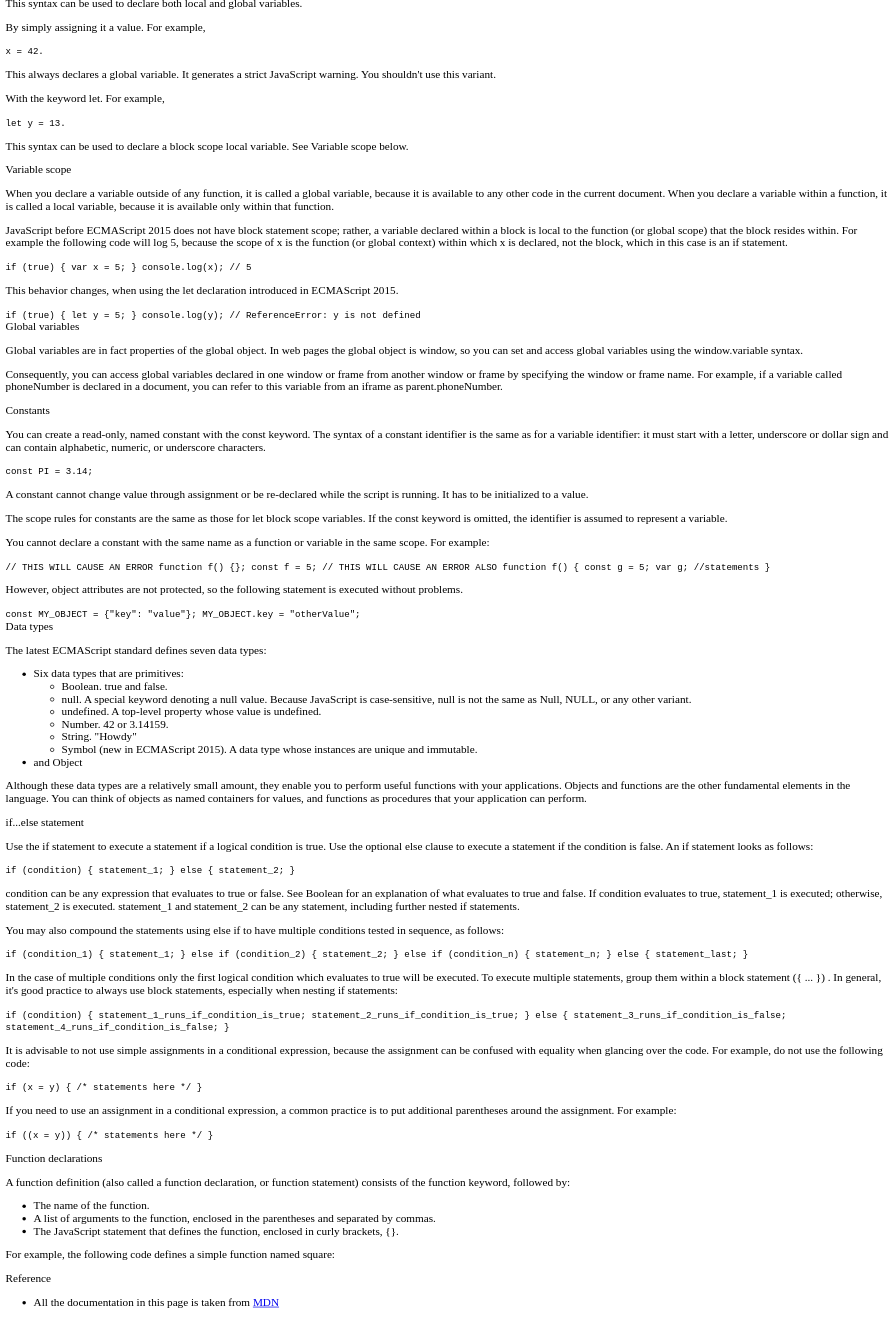
Repository: Lungdjos/technical_document_page_certificate
Page: index.html
The author's editor kept a copy of each file at every save. The page is drawn from the files as they stood at one save, then again after the next save.
The browser window is 1280 px wide. The pictures show the part of the page from y = 1304 to 3224 px (the page is 3190 px tall before and 3224 px after), at 70% of full size.

Above is the page before, as saved 2023-11-20 22:57:14.

### index.html
<!DOCTYPE html>
<html lang="en">

<head>
    <meta charset="UTF-8">
    <meta name="viewport" content="width=device-width, initial-scale=1.0">
    <title>Technical Document</title>
    <link rel="stylesheet" href="./styles.css">
</head>

<body>
    <nav id="nav-bar">
        <header></header>
        <ul>
            <li>
                <a href="#Introduction" class="navlink">Introduction</a>
            </li>
            <li>
                <a href="#What_you_should_already_know" class="navlink">What you should already know</a>
            </li>
            <li>
                <a href="#JavaScript_and_Java" class="navlink">JavaScript and Java</a>
            </li>
            <li>
                <a href="#Hello_world" class="navlink">Hello world</a>
            </li>
            <li>
                <a href="#Variables" class="navlink">Variables</a>
            </li>
            <li>
                <a href="#Declaring_variables" class="navlink">Declaring variables</a>
            </li>
            <li>
                <a href="#Variable_scope" class="navlink">Variable scope</a>
            </li>
            <li>
                <a href="#Global_variables" class="navlink">Global variables</a>
            </li>
            <li>
                <a href="#Constants" class="navlink">Constants</a>
            </li>
            <li>
                <a href="#Data_types" class="navlink">Data types</a>
            </li>
            <li>
                <a href="#if...else_statement" class="navlink">if...else statement</a>
            </li>
            <li>
                <a href="" class="navlink"></a>
            </li>
            <li>
                <a href="#Function_declarations" class="navlink">Function declarations</a>
            </li>
            <li>
                <a href="#Reference" class="navlink">Reference</a>
            </li>
        </ul>
    </nav>
    <main id="main-doc">
        <section class="main-section" id="Introduction">
            <header id="">Introduction</header>
            <p>JavaScript is a cross-platform, object-oriented scripting language. It is a small and lightweight language. Inside a host environment (for example, a web browser), JavaScript can be connected to the objects of its environment to provide programmatic
                control over them.</p>
            <p>JavaScript contains a standard library of objects, such as Array, Date, and Math, and a core set of language elements such as operators, control structures, and statements. Core JavaScript can be extended for a variety of purposes by supplementing
                it with additional objects; for example:
                <ul>
                    <li>Client-side JavaScript extends the core language by supplying objects to control a browser and its Document Object Model (DOM). For example, client-side extensions allow an application to place elements on an HTML form and respond
                        to user events such as mouse clicks, form input, and page navigation.</li>
                    <li>Server-side JavaScript extends the core language by supplying objects relevant to running JavaScript on a server. For example, server-side extensions allow an application to communicate with a database, provide continuity of information
                        from one invocation to another of the application, or perform file manipulations on a server.</li>
                </ul>
            </p>

        </section>
        <section class="main-section" id="What_you_should_already_know">
            <header id="">What you should already know</header>
            <p>This guide assumes you have the following basic background:
                <ul>
                    <li>A general understanding of the Internet and the World Wide Web (WWW).</li>
                    <li>Good working knowledge of HyperText Markup Language (HTML).</li>
                    <li>Some programming experience. If you are new to programming, try one of the tutorials linked on the main page about JavaScript.</li>
                </ul>
            </p>

        </section>
        <section class="main-section" id="JavaScript_and_Java">
            <header id="">JavaScript and Java</header>
            <p>JavaScript and Java are similar in some ways but fundamentally different in some others. The JavaScript language resembles Java but does not have Java's static typing and strong type checking. JavaScript follows most Java expression syntax,
                naming conventions and basic control-flow constructs which was the reason why it was renamed from LiveScript to JavaScript.</p>
            <p>In contrast to Java's compile-time system of classes built by declarations, JavaScript supports a runtime system based on a small number of data types representing numeric, Boolean, and string values. JavaScript has a prototype-based object
                model instead of the more common class-based object model. The prototype-based model provides dynamic inheritance; that is, what is inherited can vary for individual objects. JavaScript also supports functions without any special declarative
                requirements. Functions can be properties of objects, executing as loosely typed methods.</p>
            <p>JavaScript is a very free-form language compared to Java. You do not have to declare all variables, classes, and methods. You do not have to be concerned with whether methods are public, private, or protected, and you do not have to implement
                interfaces. Variables, parameters, and function return types are not explicitly typed.</p>
        </section>
        <section class="main-section" id="Hello_world">
            <header id="">Hello world</header>
            <p>
                To get started with writing JavaScript, open the Scratchpad and write your first "Hello world" JavaScript code:</p>
            <code>function greetMe(yourName) { alert("Hello " + yourName); }
                greetMe("World");</code>
            <p>Select the code in the pad and hit Ctrl+R to watch it unfold in your browser!</p>
        </section>
        <section class="main-section" id="Variables">
            <header id="">Variables</header>
            <p>You use variables as symbolic names for values in your application. The names of variables, called identifiers, conform to certain rules.</p>
            <p>A JavaScript identifier must start with a letter, underscore (_), or dollar sign ($); subsequent characters can also be digits (0-9). Because JavaScript is case sensitive, letters include the characters "A" through "Z" (uppercase) and the
                characters "a" through "z" (lowercase).</p>
            <p>You can use ISO 8859-1 or Unicode letters such as å and ü in identifiers. You can also use the Unicode escape sequences as characters in identifiers. Some examples of legal names are Number_hits, temp99, and _name.</p>
        </section>
        <section class="main-section" id="Declaring_variables">
            <header id="">Declaring variables</header>
            <p>You can declare a variable in three ways:</p>
            <p>With the keyword var. For example,</p>
            <code>var x = 42.</code>
            <p>This syntax can be used to declare both local and global variables.</p>
            <p>By simply assigning it a value. For example,</p>
            <code>x = 42.</code><br>
            <p>This always declares a global variable. It generates a strict JavaScript warning. You shouldn't use this variant.</p>
            <p>With the keyword let. For example,</p>
            <code>let y = 13.</code>
            <p>This syntax can be used to declare a block scope local variable. See Variable scope below.</p>
        </section>
        <section class="main-section" id="Variable_scope">
            <header id="">Variable scope</header>
            <p>When you declare a variable outside of any function, it is called a global variable, because it is available to any other code in the current document. When you declare a variable within a function, it is called a local variable, because it
                is available only within that function.</p>
            <p>JavaScript before ECMAScript 2015 does not have block statement scope; rather, a variable declared within a block is local to the function (or global scope) that the block resides within. For example the following code will log 5, because
                the scope of x is the function (or global context) within which x is declared, not the block, which in this case is an if statement.</p>
            <code>if (true) { var x = 5; } console.log(x); // 5</code>
            <p>This behavior changes, when using the let declaration introduced in ECMAScript 2015.</p>
            <code>if (true) { let y = 5; } console.log(y); // ReferenceError: y is
                not defined</code>
        </section>
        <section class="main-section" id="Global_variables">
            <header id="">Global variables</header>
            <p>Global variables are in fact properties of the global object. In web pages the global object is window, so you can set and access global variables using the window.variable syntax.</p>
            <p>Consequently, you can access global variables declared in one window or frame from another window or frame by specifying the window or frame name. For example, if a variable called phoneNumber is declared in a document, you can refer to this
                variable from an iframe as parent.phoneNumber.</p>
        </section>
        <section class="main-section" id="Constants">
            <header id="">Constants</header>
            <p>You can create a read-only, named constant with the const keyword. The syntax of a constant identifier is the same as for a variable identifier: it must start with a letter, underscore or dollar sign and can contain alphabetic, numeric, or
                underscore characters.</p>
            <code>const PI = 3.14;</code>
            <p>A constant cannot change value through assignment or be re-declared while the script is running. It has to be initialized to a value.</p>
            <p>The scope rules for constants are the same as those for let block scope variables. If the const keyword is omitted, the identifier is assumed to represent a variable.</p>
            <p>You cannot declare a constant with the same name as a function or variable in the same scope. For example:</p>
            <code>// THIS WILL CAUSE AN ERROR function f() {}; const f = 5; // THIS
                WILL CAUSE AN ERROR ALSO function f() { const g = 5; var g;
                //statements }</code>
            <p>However, object attributes are not protected, so the following statement is executed without problems.</p>
            <code>const MY_OBJECT = {"key": "value"}; MY_OBJECT.key =
                "otherValue";</code>
        </section>
        <section class="main-section" id="Data_types">
            <header id="">Data types</header>
            <p>The latest ECMAScript standard defines seven data types:
                <ul>
                    <li>Six data types that are primitives:
                        <ul>
                            <li>Boolean. true and false.</li>
                            <li>null. A special keyword denoting a null value. Because JavaScript is case-sensitive, null is not the same as Null, NULL, or any other variant.</li>
                            <li>undefined. A top-level property whose value is undefined.</li>
                            <li>Number. 42 or 3.14159.</li>
                            <li>String. "Howdy"</li>
                            <li>Symbol (new in ECMAScript 2015). A data type whose instances are unique and immutable.</li>
                        </ul>
                    </li>
                    <li>and Object</li>
                </ul>
            </p>
            <p>Although these data types are a relatively small amount, they enable you to perform useful functions with your applications. Objects and functions are the other fundamental elements in the language. You can think of objects as named containers
                for values, and functions as procedures that your application can perform.</p>
        </section>
        <section class="main-section" id="if...else_statement">
            <header id="">if...else statement</header>
            <p>Use the if statement to execute a statement if a logical condition is true. Use the optional else clause to execute a statement if the condition is false. An if statement looks as follows:</p>
            <code>if (condition) { statement_1; } else { statement_2; }</code>
            <p>condition can be any expression that evaluates to true or false. See Boolean for an explanation of what evaluates to true and false. If condition evaluates to true, statement_1 is executed; otherwise, statement_2 is executed. statement_1 and
                statement_2 can be any statement, including further nested if statements.</p>
            <p>You may also compound the statements using else if to have multiple conditions tested in sequence, as follows:</p>
            <code>if (condition_1) { statement_1; } else if (condition_2) {
                statement_2; } else if (condition_n) { statement_n; } else {
                statement_last; }</code>
            <p>In the case of multiple conditions only the first logical condition which evaluates to true will be executed. To execute multiple statements, group them within a block statement ({ ... }) . In general, it's good practice to always use block
                statements, especially when nesting if statements:</p>
            <code>if (condition) { statement_1_runs_if_condition_is_true;
                statement_2_runs_if_condition_is_true; } else {
                statement_3_runs_if_condition_is_false;
                statement_4_runs_if_condition_is_false; }</code>
            <p>It is advisable to not use simple assignments in a conditional expression, because the assignment can be confused with equality when glancing over the code. For example, do not use the following code:</p>
            <code>if (x = y) { /* statements here */ }</code>
            <p>If you need to use an assignment in a conditional expression, a common practice is to put additional parentheses around the assignment. For example:</p>
            <code>if ((x = y)) { /* statements here */ }</code>
        </section>
        <section class="main-section" id="">
            <header id=""></header>
            <p></p>
            <p></p>
            <p></p>
        </section>
        <section class="main-section" id="Function_declarations">
            <header id="">Function declarations</header>
            <p>A function definition (also called a function declaration, or function statement) consists of the function keyword, followed by:
                <ul>
                    <li>The name of the function.</li>
                    <li>A list of arguments to the function, enclosed in the parentheses and separated by commas.</li>
                    <li>The JavaScript statement that defines the function, enclosed in curly brackets, {}.</li>
                </ul>
            </p>
            <p>For example, the following code defines a simple function named square:</p>
            <code></code>
            <p></p>
        </section>
        <section class="main-section" id="Reference">
            <header id="">Reference</header>
            <ul>
                <li>All the documentation in this page is taken from
                    <a href="https://developer.mozilla.org/en-US/docs/Web/JavaScript/Guide" target="_blank">MDN</a>
                </li>
            </ul>
        </section>
    </main>
</body>

</html>

### styles.css
/* A technical document page stylings */

After the next save:
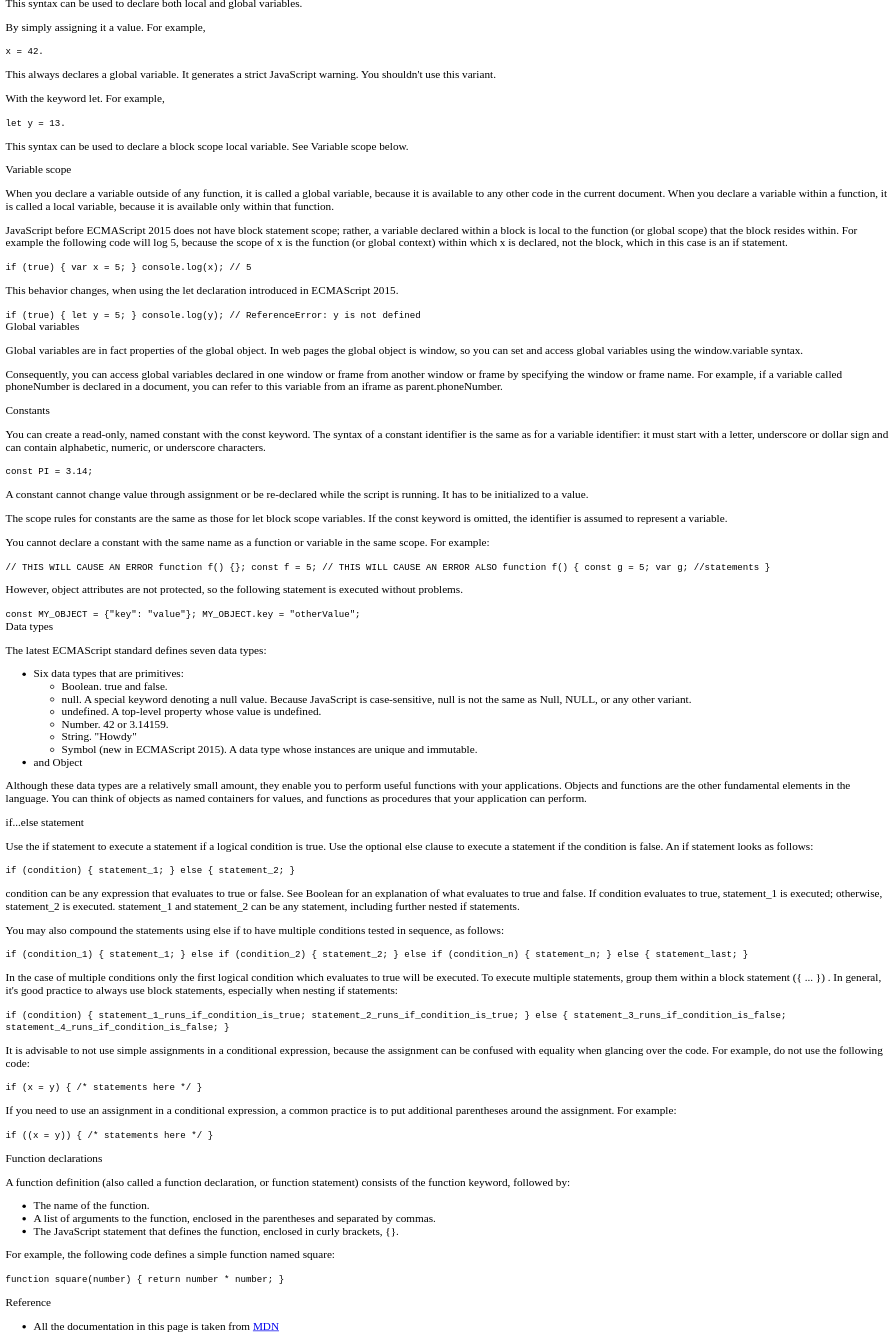
Saved 6 s later.
--- a/index.html
+++ b/index.html
@@ -210,7 +210,7 @@
                 </ul>
             </p>
             <p>For example, the following code defines a simple function named square:</p>
-            <code></code>
+            <code>function square(number) { return number * number; }</code>
             <p></p>
         </section>
         <section class="main-section" id="Reference">
